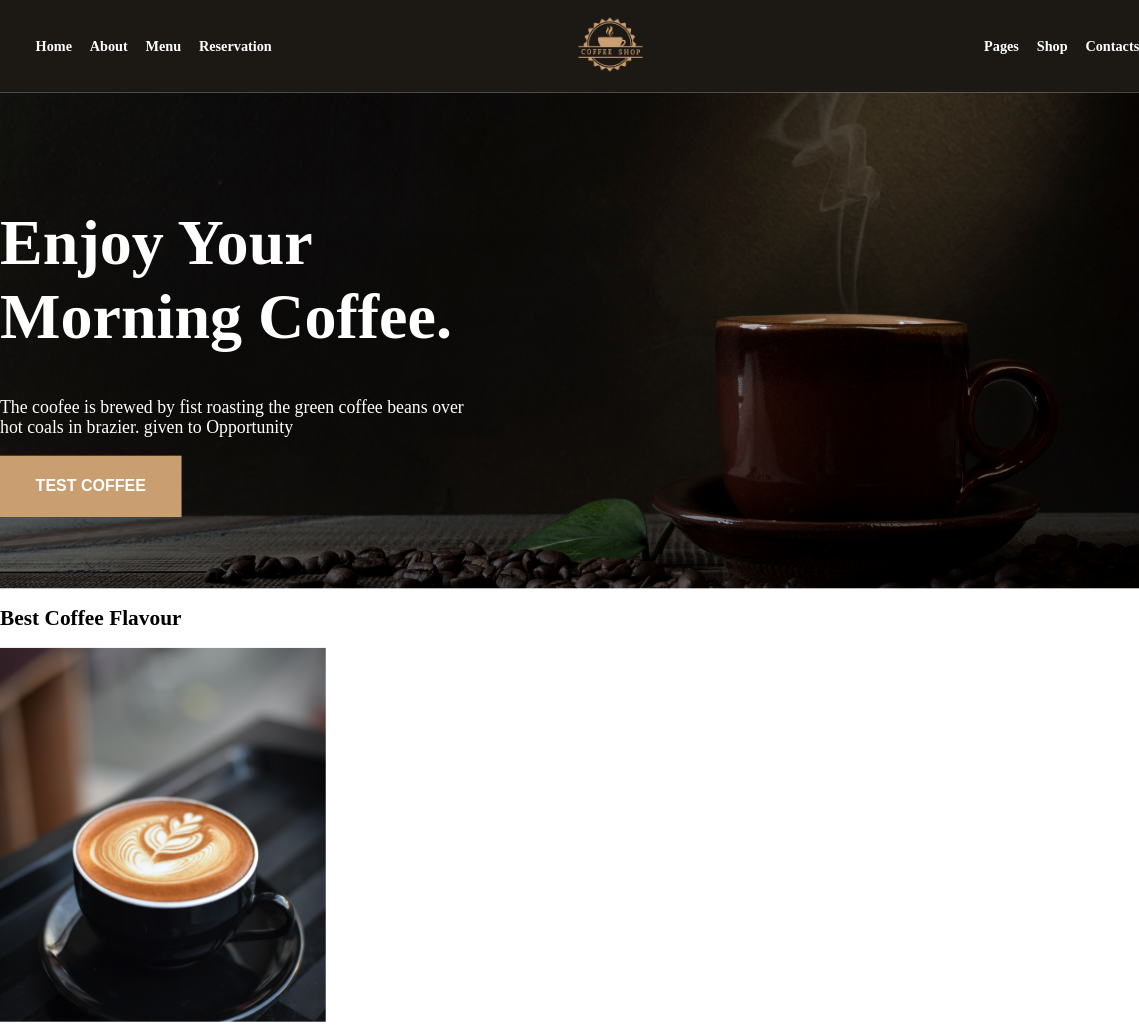
Repository: SitoraRashidova/CoffeShop_Figma
Page: /
An editor plug-in stored every save of this project. The page is shown before and after the next save, followed by the edit.
The browser window is 1280 px wide. The pictures show the whole page, at 89% of full size.
The project was rebuilt for these pictures with package versions that can differ from the ones it lists, and the page was loaded fresh each time. Also part of the build but not shown: vite.config.js.

Above is the page before, as saved 2024-11-24 23:33:29.

### src/index.css
/* :root {
  font-family: Inter, system-ui, Avenir, Helvetica, Arial, sans-serif;
  line-height: 1.5;
  font-weight: 400;

  color-scheme: light dark;
  color: rgba(255, 255, 255, 0.87);
  background-color: #242424;

  font-synthesis: none;
  text-rendering: optimizeLegibility;
  -webkit-font-smoothing: antialiased;
  -moz-osx-font-smoothing: grayscale;
} */

body{
  margin: 0;
}

*{
  box-sizing: border-box;
}


.container {
  width: 100%;
  max-width: 1296px;
  margin: 0 auto;
}

/* Header uchun style */

.header{
  background-color: #1C1814;
  padding: 20px 0;
}

.header-wrapper{
  display: flex;
  align-items: center;
  justify-content: space-between;
}

.nav-list{
  display: flex;
  align-items: center;
  justify-content: space-between;
  gap: 20px;
}

.nav-list__item{
  list-style: none;
}

.nav-list__item-link{
  color: white;
  text-decoration: none;
  font-weight: 600;
}

/* Hero uchun style */

.hero{
  width: 100%;
  height: auto;
  background-image: url('./assets/hero-logo.png');
  background-size: cover;
  background-repeat: no-repeat;
}

.hero-content{
  width: 100%;
  max-width: 529px;
  padding: 80px 0;
}

.hero-content__title{
  font-size: 72px;
  color: #fff;
}

.hero-content__desc{
  font-size: 20px;
  color: #fff;
}

.hero-btn{
  padding: 24px 40px;
  font-weight: 700;
  font-size: 18px;
  border: none;
  background-color: #C99E71;
  color: #fff;
}

/* type Coffee uchun style */

.type-coffee{
  display: grid;
  grid-template-columns: 1fr 1fr 1fr;
}

### src/App.jsx
import "./App.css";
import Header from "./components/header";
import Hero from "./components/hero";
import TypeCofee from "./components/type-coffee";

function App() {
  return (
    <>
      <Header />
      <Hero />
      <TypeCofee />
    </>
  );
}

export default App;

### src/App.css
*{
  box-sizing: border-box;
}

/* Header uchun style */

.container {
  width: 100%;
  max-width: 1296px;
  margin: 0 auto;
}

### src/components/header.jsx
import Logo from "../assets/Logo.png";

const Header = () => {
  return (
    <header className="header">
      <div className="container">
        <div className="header-wrapper">
          <nav>
            <ul className="nav-list">
              <li className="nav-list__item">
                <a className="nav-list__item-link" href="/home">
                  Home
                </a>
              </li>
              <li className="nav-list__item">
                <a className="nav-list__item-link" href="/about">
                  About
                </a>
              </li>
              <li className="nav-list__item">
                <a className="nav-list__item-link" href="/menu">
                  Menu
                </a>
              </li>
              <li className="nav-list__item">
                <a className="nav-list__item-link" href="/Reservation">
                  Reservation
                </a>
              </li>
            </ul>
          </nav>
          <div>
            <img src={Logo} alt="web site logo" />
          </div>
          <nav>
            <ul className="nav-list">
              <li className="nav-list__item">
                <a className="nav-list__item-link" href="/home">
                  Pages
                </a>
              </li>
              <li className="nav-list__item">
                <a className="nav-list__item-link" href="/about">
                  Shop
                </a>
              </li>
              <li className="nav-list__item">
                <a className="nav-list__item-link" href="/menu">
                  Contacts
                </a>
              </li>
            </ul>
          </nav>
        </div>
      </div>
    </header>
  );
};

export default Header;

### src/components/hero.jsx


const Hero = () => {
  return (
    <div className="hero">
        <div className="container">
           <div className="hero-content">
            <h1 className="hero-content__title">Enjoy Your
            Morning Coffee.</h1>
            <p className="hero-content__desc">The coofee is brewed by fist roasting the green coffee beans over hot coals in brazier. given to Opportunity</p>
            <button className="hero-btn">TEST COFFEE</button>
           </div>
        </div>
    </div>
  )
}

export default Hero

### src/components/type-coffee.jsx
import CoffeeImage from '../assets/coffee-one.png'


const TypeCofee = () => {
  return (
    <div className="container">
        <div className="type-coffee">
            <div>
                <h2>Best Coffee Flavour</h2>
                <img src={CoffeeImage} alt="Best Coffee Flavour" />
            </div>
        </div>
    </div>
  )
}

export default TypeCofee

Loaded but not shown: index.html (common file); src/main.jsx (common file)

After the next save:
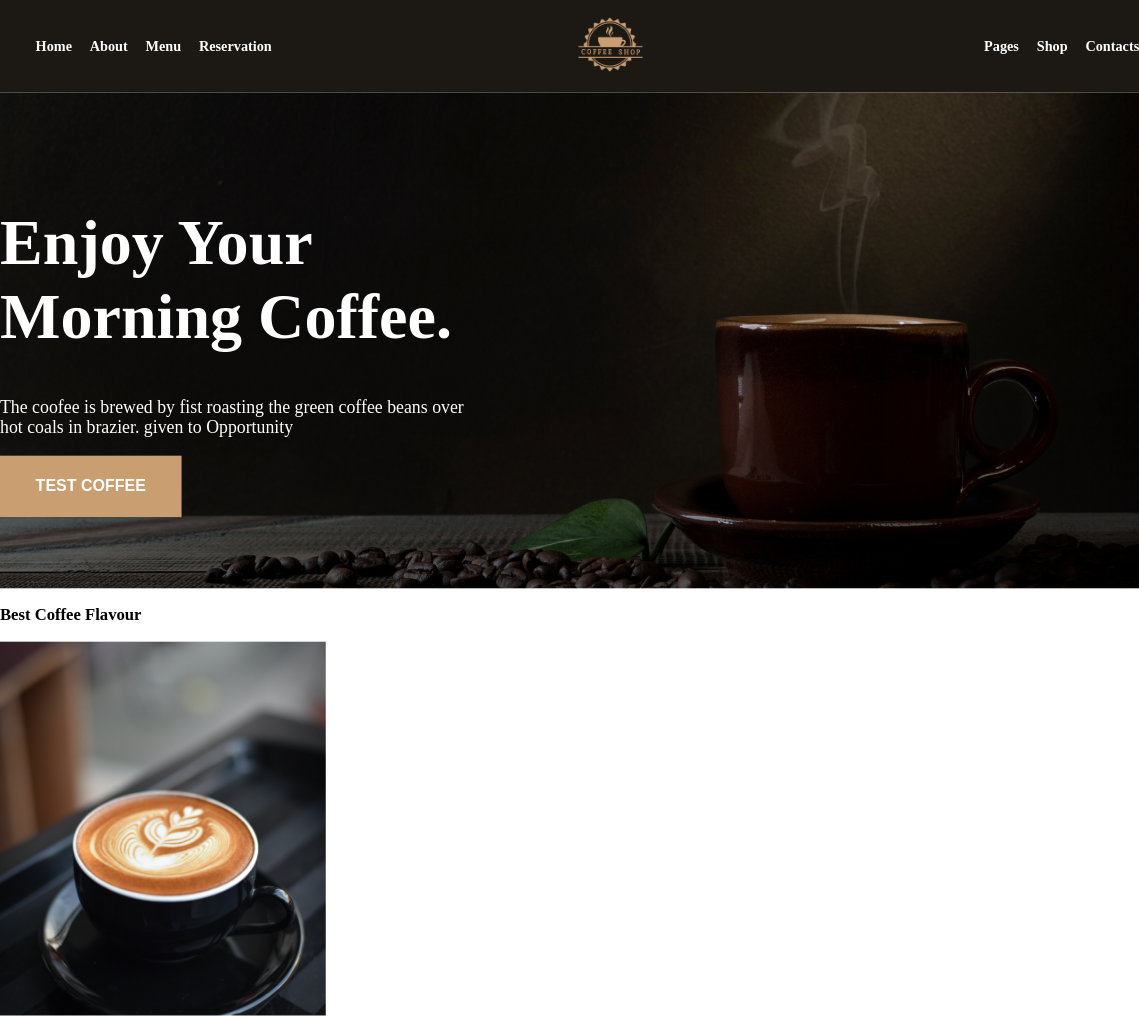
Saved 12 s later.
--- a/src/components/type-coffee.jsx
+++ b/src/components/type-coffee.jsx
@@ -6,7 +6,7 @@ const TypeCofee = () => {
     <div className="container">
         <div className="type-coffee">
             <div>
-                <h2>Best Coffee Flavour</h2>
+                <h3>Best Coffee Flavour</h3>
                 <img src={CoffeeImage} alt="Best Coffee Flavour" />
             </div>
         </div>
